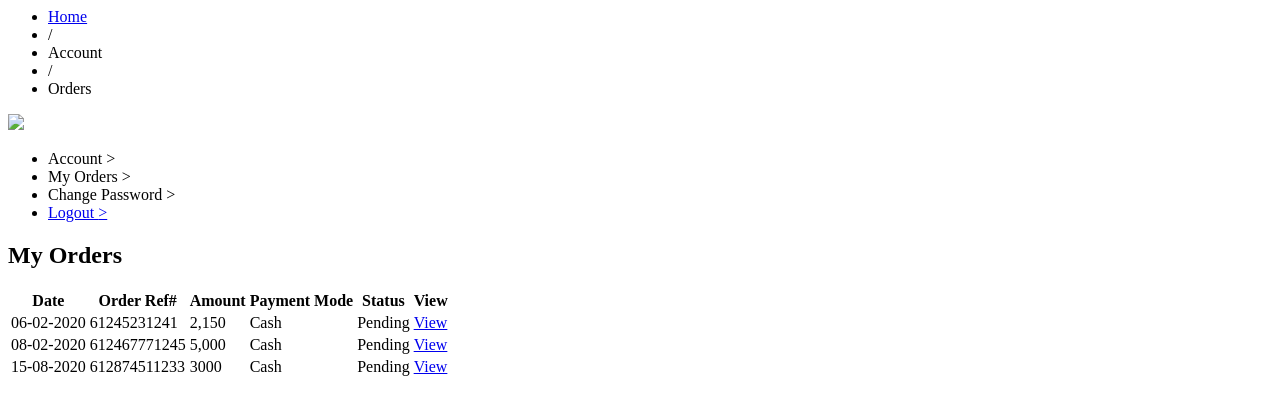
Repository: abhay3690/cheMart
Page: cheMart/cheMart/WebContent/jsp/user/orders.html
These files come from the project's save history. The page is drawn as it stood at one moment and after the next save; the edit follows.
The browser window is 1280 px wide. The pictures show the whole page.

Above is the page before, as saved 2023-11-09 02:05:43.
Not found: cheMart/cheMart/WebContent/jsp/user/img/product/ im.jpg

### cheMart/cheMart/WebContent/jsp/user/orders.html
<div class="breadcrumb">
	<ul>
		<li><a href="home.jsp">Home</a></li>
		<li> / </li>
		<li><a onclick="navLink('account')">Account</a></li>
		<li> / </li>
		<li>Orders</li>
	</ul>
</div> <!-- End of Breadcrumb-->


<div class="account-page">
	<div class="profile">
		<div class="profile-img">
			<img src="img/product/  im.jpg">
			<h2 id="fullName"></h2>
			<p id="uEmail"></p>
		</div>
		<ul>
			<li><a onclick="navLink('account')">Account <span>></span></a></li>
			<li><a onclick="navLink('orders')" class="active">My Orders <span>></span></a></li>
			<li><a onclick="navLink('change-password')">Change Password <span>></span></a></li>
			<li><a href="/cheMart/logout">Logout <span>></span></a></li>
		</ul>
	</div>
	<div class="account-detail">
		<h2>My Orders</h2>
		<div class="order-detail">
			<table>
				<thead>
					<tr>
						<th>Date</th>
						<th>Order Ref#</th>
						<th>Amount</th>
						<th>Payment Mode</th>
						<th>Status</th>
						<th>View</th>
					</tr>
				</thead>
				<tbody>
					<tr>
						<td>06-02-2020</td>
						<td>61245231241</td>
						<td>2,150</td>
						<td>Cash</td>
						<td>Pending</td>
						<td><a href="#">View</a></td>
					</tr>
					<tr>
						<td>08-02-2020</td>
						<td>612467771245</td>
						<td>5,000</td>
						<td>Cash</td>
						<td>Pending</td>
						<td><a href="#">View</a></td>
					</tr>
					<tr>
						<td>15-08-2020</td>
						<td>612874511233</td>
						<td>3000</td>
						<td>Cash</td>
						<td>Pending</td>
						<td><a href="#">View</a></td>
					</tr>
				</tbody>
			</table>
		</div>
	</div>
</div>

After the next save:
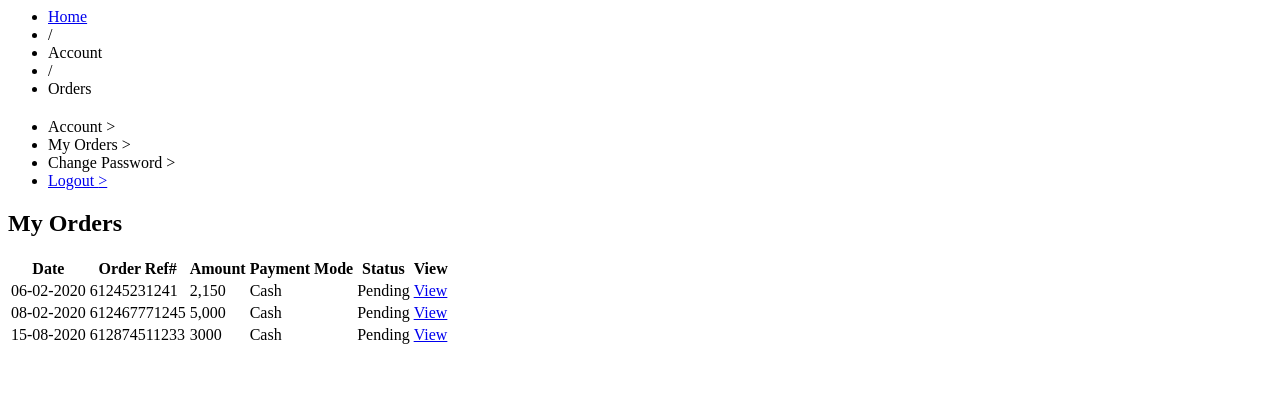
Saved 2 min 22 s later.
--- a/cheMart/cheMart/WebContent/jsp/user/orders.html
+++ b/cheMart/cheMart/WebContent/jsp/user/orders.html
@@ -12,7 +12,7 @@
 <div class="account-page">
 	<div class="profile">
 		<div class="profile-img">
-			<img src="img/product/  im.jpg">
+
 			<h2 id="fullName"></h2>
 			<p id="uEmail"></p>
 		</div>
